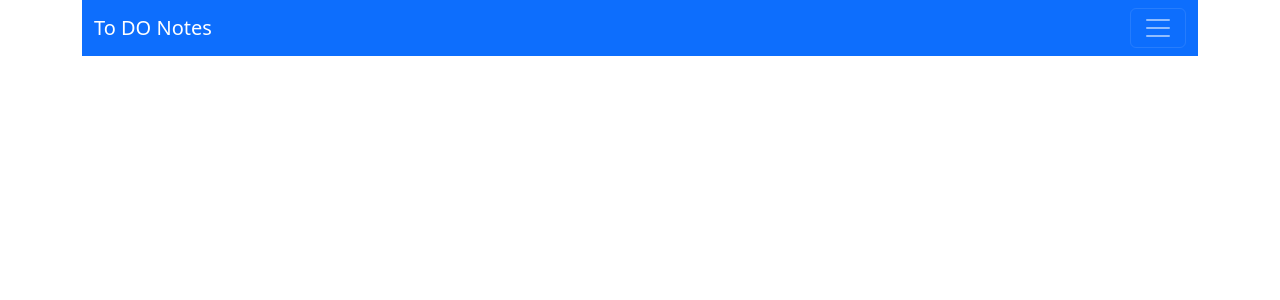
Repository: mrking14/Advance-Java-Projects
Page: http://localhost/NoteTaker/
An editor plug-in stored every save of this project. The page is shown before and after the next save, followed by the edit.
The browser window is 1280 px wide. The pictures show the whole page.
The page is served by Tomcat 9. Other server files are loaded and not shown.

Above is the page before, as saved 2023-06-25 12:26:23.

### NoteTaker/src/main/webapp/index.jsp
<!doctype html>
<html lang="en">
  <head>
    <meta charset="utf-8">
    <meta name="viewport" content="width=device-width, initial-scale=1">
    <title>Note Taking WebApp</title>
    <link href="https://cdn.jsdelivr.net/npm/bootstrap@5.3.0/dist/css/bootstrap.min.css" rel="stylesheet" integrity="sha384-9ndCyUaIbzAi2FUVXJi0CjmCapSmO7SnpJef0486qhLnuZ2cdeRhO02iuK6FUUVM" crossorigin="anonymous">
    <link href="css/style.css" rel="stylesheet"/>
  </head>
  <body>
    <div class = "container">
    <%@include file="navbar.jsp" %>
    </div>

    <script src="https://cdn.jsdelivr.net/npm/bootstrap@5.3.0/dist/js/bootstrap.bundle.min.js" integrity="sha384-geWF76RCwLtnZ8qwWowPQNguL3RmwHVBC9FhGdlKrxdiJJigb/j/68SIy3Te4Bkz" crossorigin="anonymous"></script>
  </body>
</html>

### NoteTaker/src/main/webapp/navbar.jsp
<nav class="navbar  bg-primary" data-bs-theme="dark"  navbar-dark purple">
  <div class="container-fluid">
    <a class="navbar-brand" href="#">To DO Notes</a>
    <button class="navbar-toggler" type="button" data-bs-toggle="collapse" data-bs-target="#navbarSupportedContent" aria-controls="navbarSupportedContent" aria-expanded="false" aria-label="Toggle navigation">
      <span class="navbar-toggler-icon"></span>
    </button>
    <div class="collapse navbar-collapse" id="navbarSupportedContent">
      <ul class="navbar-nav me-auto mb-2 mb-lg-0">
        <li class="nav-item">
          <a class="nav-link active" aria-current="page" href="#">Home</a>
        </li>
        <li class="nav-item">
          <a class="nav-link" href="#">Create</a>
        </li>
        <li class="nav-item">
          <a class="nav-link ">Show</a>
        </li>
      </ul>
      <form class="d-flex" role="search">
        <input class="form-control me-2" type="search" placeholder="Search" aria-label="Search">
        <button class="btn btn-outline-success " type="submit">Search</button>
      </form>
    </div>
  </div>
</nav>

### NoteTaker/src/main/webapp/css/style.css
.purple{
	background:purple;
}

After the next save:
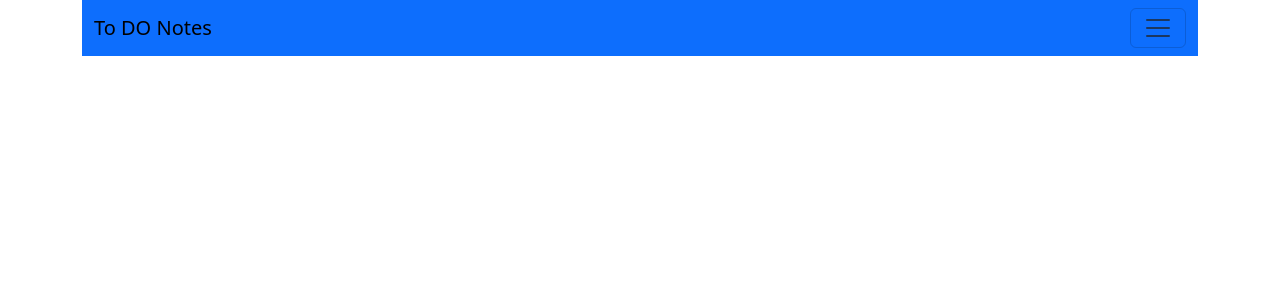
Saved 29 s later.
--- a/NoteTaker/src/main/webapp/navbar.jsp
+++ b/NoteTaker/src/main/webapp/navbar.jsp
@@ -1,4 +1,4 @@
-<nav class="navbar  bg-primary" data-bs-theme="dark"  navbar-dark purple">
+<nav class="navbar  bg-primary"  navbar-dark purple">
   <div class="container-fluid">
     <a class="navbar-brand" href="#">To DO Notes</a>
     <button class="navbar-toggler" type="button" data-bs-toggle="collapse" data-bs-target="#navbarSupportedContent" aria-controls="navbarSupportedContent" aria-expanded="false" aria-label="Toggle navigation">

After the save that followed:
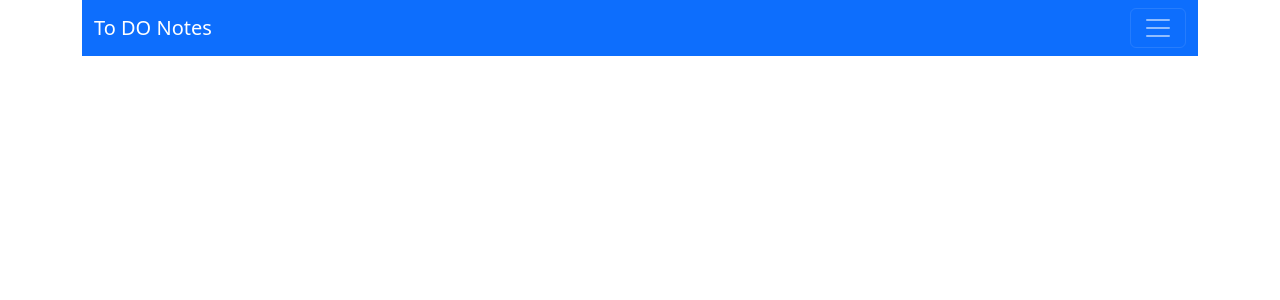
Saved 20 s later.
--- a/NoteTaker/src/main/webapp/navbar.jsp
+++ b/NoteTaker/src/main/webapp/navbar.jsp
@@ -1,4 +1,4 @@
-<nav class="navbar  bg-primary"  navbar-dark purple">
+<nav class="navbar  bg-primary  navbar-dark  purple">
   <div class="container-fluid">
     <a class="navbar-brand" href="#">To DO Notes</a>
     <button class="navbar-toggler" type="button" data-bs-toggle="collapse" data-bs-target="#navbarSupportedContent" aria-controls="navbarSupportedContent" aria-expanded="false" aria-label="Toggle navigation">
